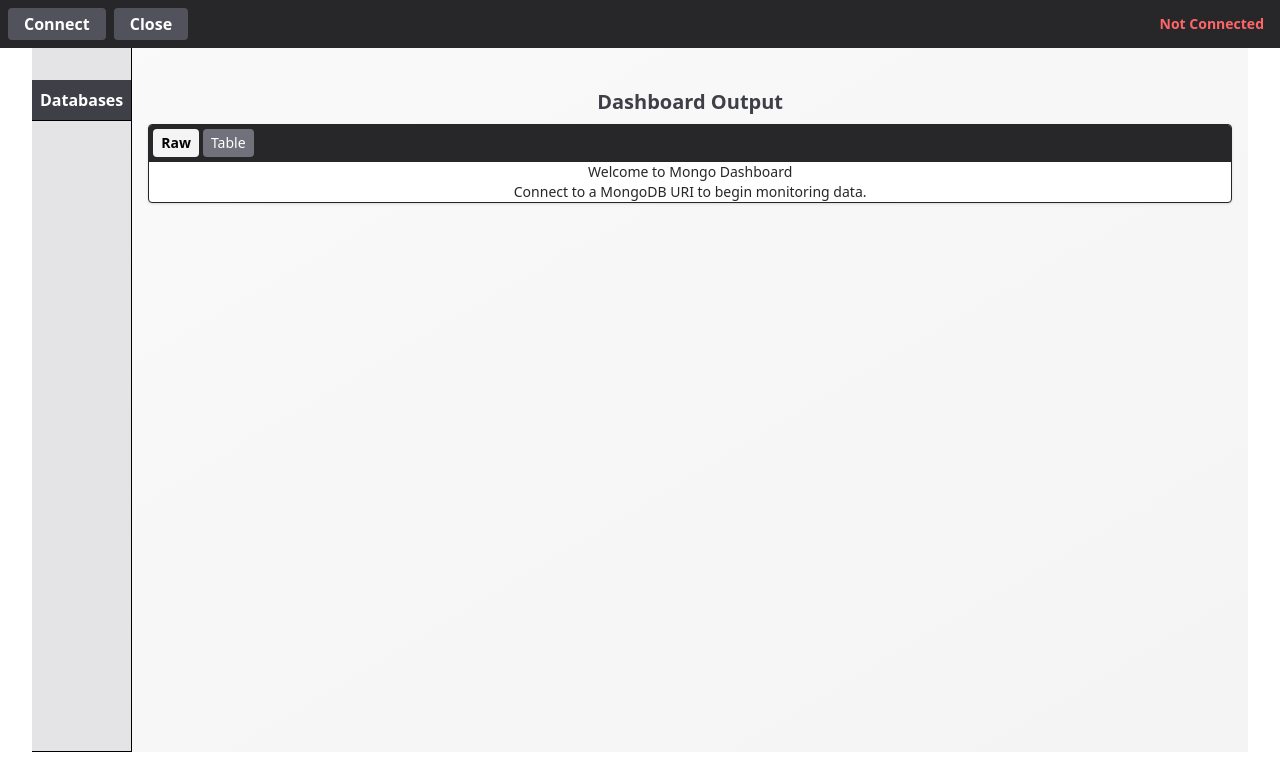
Repository: aryan151pratap/Dashboard
Page: / (app in frontened/)
The author's editor kept a copy of each file at every save. The page is drawn from the files as they stood at one save, then again after the next save.
The browser window is 1280 px wide. The pictures show the whole page.
The page's requests for data from a server got no answer. The project was rebuilt for these pictures with package versions that can differ from the ones it lists, and the page was loaded fresh each time. No one was signed in, and anything a server would have sent is missing. Also part of the build but not shown: frontened/vite.config.js, frontened/src/component/connect.jsx, frontened/src/component/table.jsx.

Above is the page before, as saved 2025-06-24 18:21:28.

After the next save:
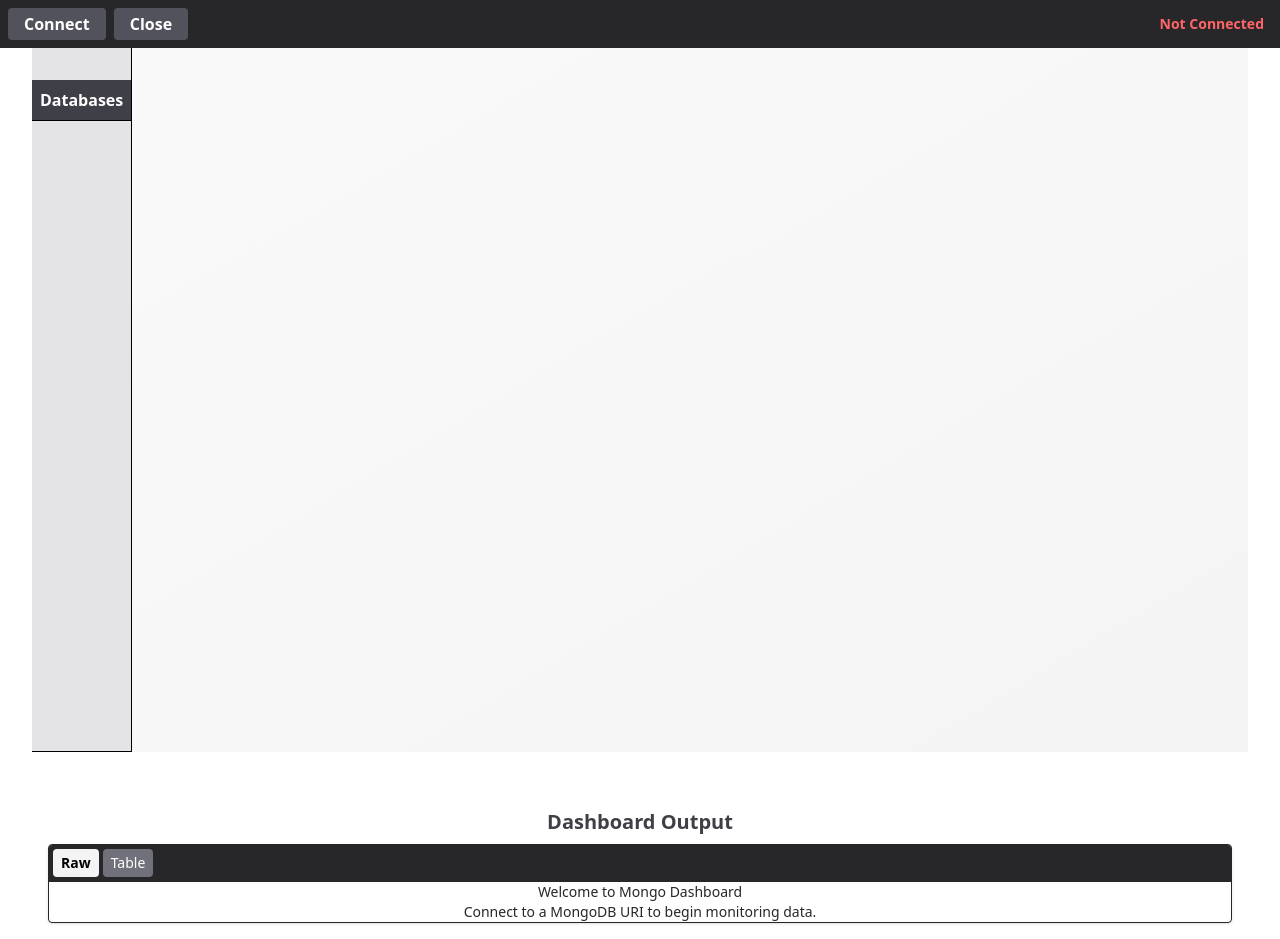
Saved 7 s later.
--- a/frontened/src/component/dashboard.jsx
+++ b/frontened/src/component/dashboard.jsx
@@ -8,7 +8,7 @@
 
 	return(
 		<>
-		<div className="shrink-0 flex sm:flex-row flex-col">
+		<div className="sm:flex-row flex-col">
 
 			<Left_bar setCollection={setCollection} cluster={cluster}/>
 

After the save that followed:
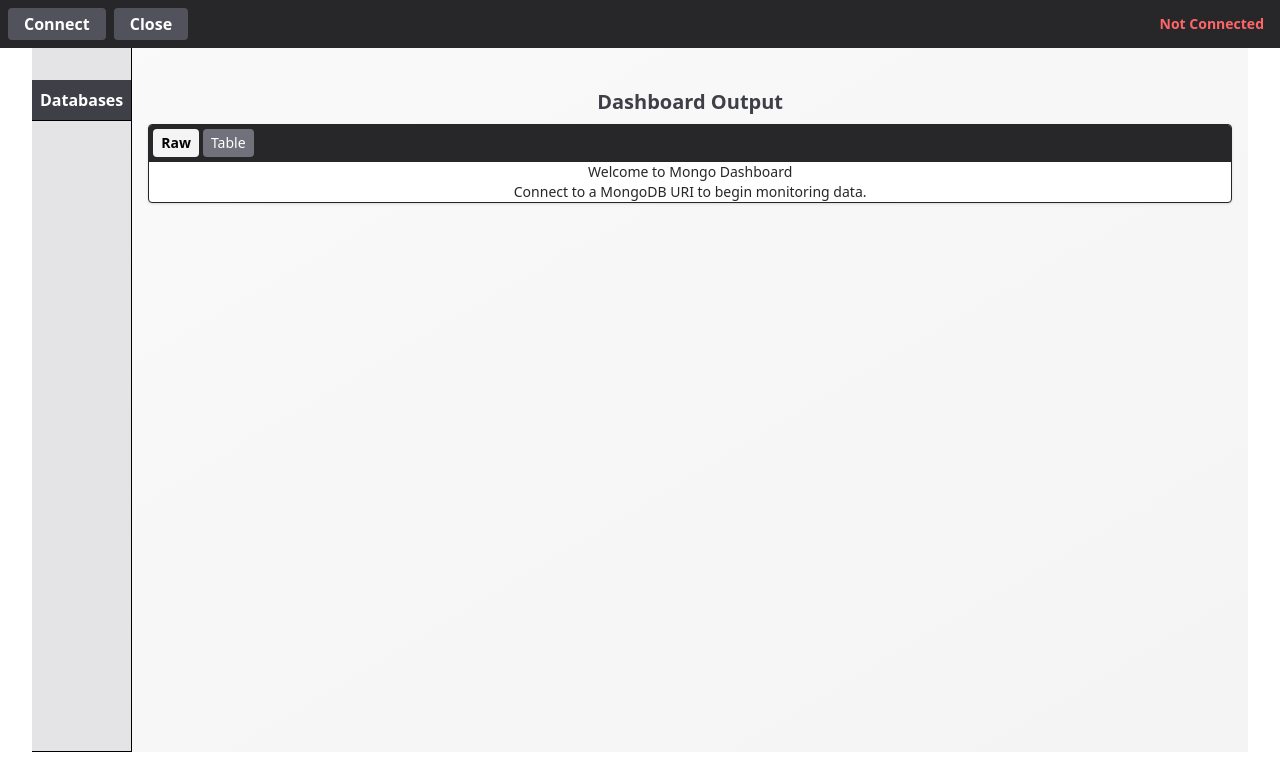
Saved 15 s later.
--- a/frontened/src/component/dashboard.jsx
+++ b/frontened/src/component/dashboard.jsx
@@ -8,7 +8,7 @@
 
 	return(
 		<>
-		<div className="sm:flex-row flex-col">
+		<div className="w-full flex sm:flex-row flex-col">
 
 			<Left_bar setCollection={setCollection} cluster={cluster}/>
 
